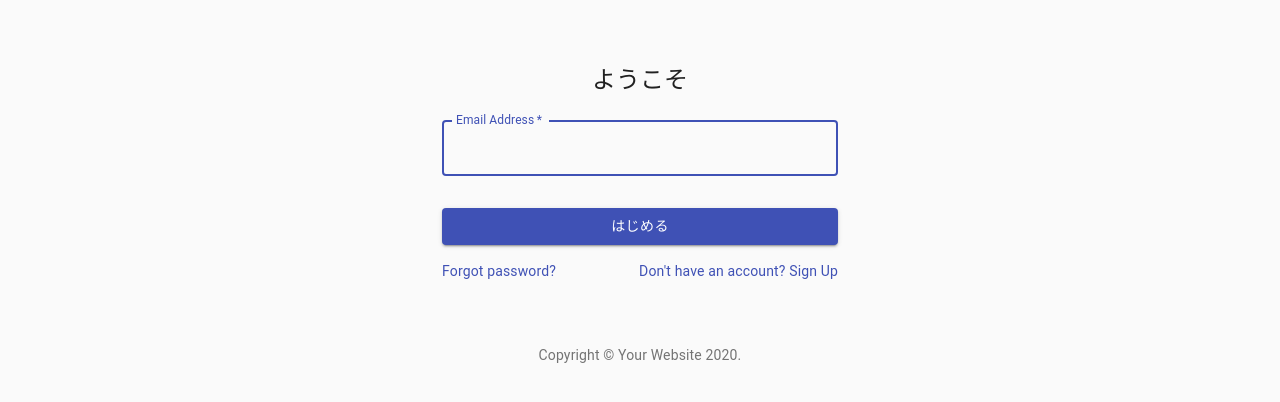
Repository: Yamayu08/idobatakaigi
Page: /
An editor plug-in stored every save of this project. The page is shown before and after the next save, followed by the edit.
The browser window is 1280 px wide. The pictures show the whole page.
The project was rebuilt for these pictures with package versions that can differ from the ones it lists, and the page was loaded fresh each time.

Above is the page before, as saved 2021-02-18 02:22:33.

### src/components/App.js
import React from 'react';
import SignIn from './SignIn';

export default () => {
  return <SignIn />
};

### src/components/SignIn.js
import React from 'react';
import Avatar from '@material-ui/core/Avatar';
import Button from '@material-ui/core/Button';
import CssBaseline from '@material-ui/core/CssBaseline';
import TextField from '@material-ui/core/TextField';
import FormControlLabel from '@material-ui/core/FormControlLabel';
import Checkbox from '@material-ui/core/Checkbox';
import Link from '@material-ui/core/Link';
import Grid from '@material-ui/core/Grid';
import Box from '@material-ui/core/Box';
import LockOutlinedIcon from '@material-ui/icons/LockOutlined';
import Typography from '@material-ui/core/Typography';
import { makeStyles } from '@material-ui/core/styles';
import Container from '@material-ui/core/Container';

function Copyright() {
  return (
    <Typography variant="body2" color="textSecondary" align="center">
      {'Copyright © '}
      <Link color="inherit" href="https://material-ui.com/">
        Your Website
      </Link>{' '}
      {new Date().getFullYear()}
      {'.'}
    </Typography>
  );
}

const useStyles = makeStyles((theme) => ({
  paper: {
    marginTop: theme.spacing(8),
    display: 'flex',
    flexDirection: 'column',
    alignItems: 'center',
  },
  avatar: {
    margin: theme.spacing(1),
    backgroundColor: theme.palette.secondary.main,
  },
  form: {
    width: '100%', // Fix IE 11 issue.
    marginTop: theme.spacing(1),
  },
  submit: {
    margin: theme.spacing(3, 0, 2),
  },
}));

export default function SignIn() {
  const classes = useStyles();

  return (
    <Container component="main" maxWidth="xs">
      <CssBaseline />
      <div className={classes.paper}>
        <Typography component="h1" variant="h5">
          ようこそ
        </Typography>
        <form className={classes.form} noValidate>
          <TextField
            variant="outlined"
            margin="normal"
            required
            fullWidth
            id="email"
            label="Email Address"
            name="email"
            autoComplete="email"
            autoFocus
          />
          <Button
            type="submit"
            fullWidth
            variant="contained"
            color="primary"
            className={classes.submit}
          >
            はじめる
          </Button>
          <Grid container>
            <Grid item xs>
              <Link href="#" variant="body2">
                Forgot password?
              </Link>
            </Grid>
            <Grid item>
              <Link href="#" variant="body2">
                {"Don't have an account? Sign Up"}
              </Link>
            </Grid>
          </Grid>
        </form>
      </div>
      <Box mt={8}>
        <Copyright />
      </Box>
    </Container>
  );
}

Loaded but not shown: public/index.html (common file); src/index.js (common file); src/index.css (common file)

After the next save:
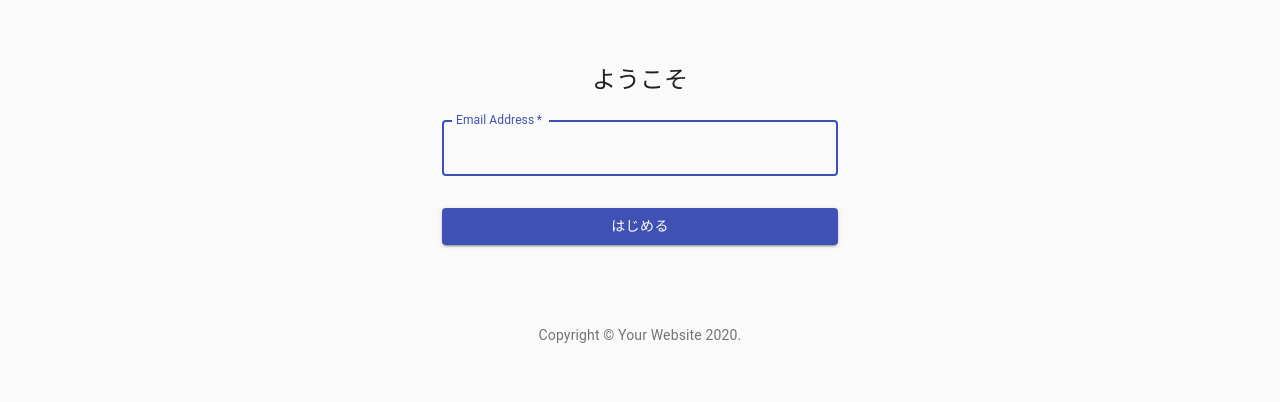
Saved 50 s later.
--- a/src/components/SignIn.js
+++ b/src/components/SignIn.js
@@ -77,18 +77,6 @@ export default function SignIn() {
           >
             はじめる
           </Button>
-          <Grid container>
-            <Grid item xs>
-              <Link href="#" variant="body2">
-                Forgot password?
-              </Link>
-            </Grid>
-            <Grid item>
-              <Link href="#" variant="body2">
-                {"Don't have an account? Sign Up"}
-              </Link>
-            </Grid>
-          </Grid>
         </form>
       </div>
       <Box mt={8}>
